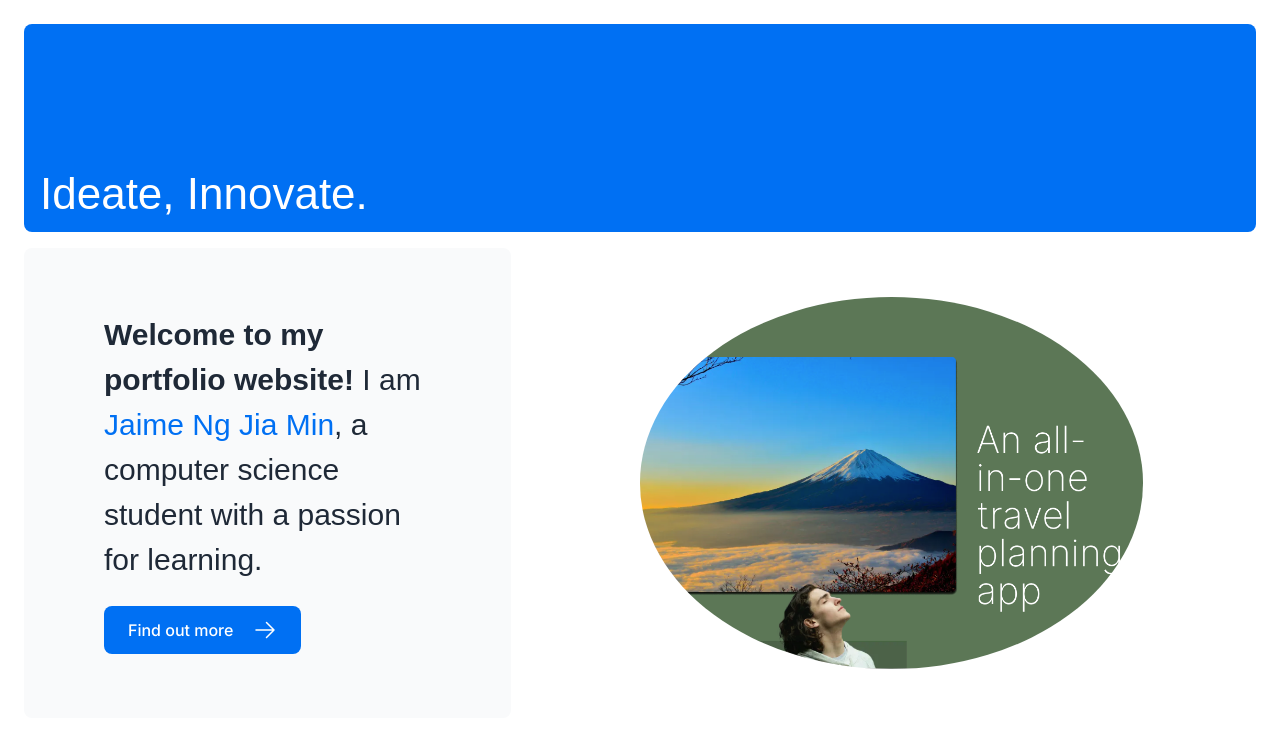
Repository: ThatGirlJam/jaime-portfolio
Page: /
The author's editor kept a copy of each file at every save. The page is drawn from the files as they stood at one save, then again after the next save.
The browser window is 1280 px wide. The pictures show the whole page.
Some web fonts or font styles are not loaded; a fallback is used. The project was rebuilt for these pictures with package versions that can differ from the ones it lists, and the page was loaded fresh each time. The framework's server and built-in components were replaced by stand-ins that run in the browser. Also part of the build but not shown: next.config.js.

Above is the page before, as saved 2024-04-09 21:18:47.

### app/page.tsx
import AcmeLogo from '@/app/ui/acme-logo';
import { ArrowRightIcon } from '@heroicons/react/24/outline';
import Link from 'next/link';
import { lusitana } from '@/app/ui/fonts';
import Image from 'next/image';

export default function Page() {
  const imageStyle = {
    borderRadius: '50%',
    border: '1px solid #fff',
  };

  return (
    <main className="flex min-h-screen flex-col p-6">
      <div className="flex h-20 shrink-0 items-end rounded-lg bg-blue-500 p-4 md:h-52">
        <AcmeLogo />
      </div>
      <div className="mt-4 flex grow flex-col gap-4 md:flex-row">
        <div className="flex flex-col justify-center gap-6 rounded-lg bg-gray-50 px-6 py-10 md:w-2/5 md:px-20">
          <p
            className={`${lusitana.className} text-xl text-gray-800 md:text-3xl md:leading-normal`}
          >
            <strong>Welcome to my portfolio website!</strong> I am{' '}
            <a
              href="https://www.linkedin.com/in/jaime-ng-jm"
              target="_blank"
              className="text-blue-500"
            >
              Jaime Ng Jia Min
            </a>
            , a computer science student with a passion for learning.
          </p>
          <Link
            href="/dashboard"
            className="flex items-center gap-5 self-start rounded-lg bg-blue-500 px-6 py-3 text-sm font-medium text-white transition-colors hover:bg-blue-400 md:text-base"
          >
            <span>Find out more</span> <ArrowRightIcon className="w-5 md:w-6" />
          </Link>
        </div>
        <div className="flex items-center justify-center p-6 md:w-3/5 md:px-28 md:py-12">
          {/* Add Hero Images Here */}
          <Image
            src="/hero-desktop-roamio.png"
            width={961}
            height={710}
            className="hidden md:block"
            style={imageStyle}
            alt="Screenshots of the dashboard project showing desktop version"
          />
          <Image
            src="/hero-mobile.png"
            width={560}
            height={620}
            className="block md:hidden"
            alt="Screenshots of the dashboard project showing mobile version"
          />
        </div>
      </div>
    </main>
  );
}

### app/ui/fonts.ts
import { Inter } from 'next/font/google';
import { Lusitana } from 'next/font/google';

export const inter = Inter({ subsets: ['latin'] });

export const lusitana = Lusitana({
  weight: ['400', '700'],
  subsets: ['latin'],
});

### app/ui/acme-logo.tsx
import { lusitana } from '@/app/ui/fonts';

export default function AcmeLogo() {
  return (
    <div
      className={`${lusitana.className} flex flex-row items-center leading-none text-white`}
    >
      <p className="text-[44px]">Ideate, Innovate.</p>
    </div>
  );
}

Loaded but not shown: app/layout.tsx (common file); app/ui/global.css (common file); tailwind.config.ts (common file)

After the next save:
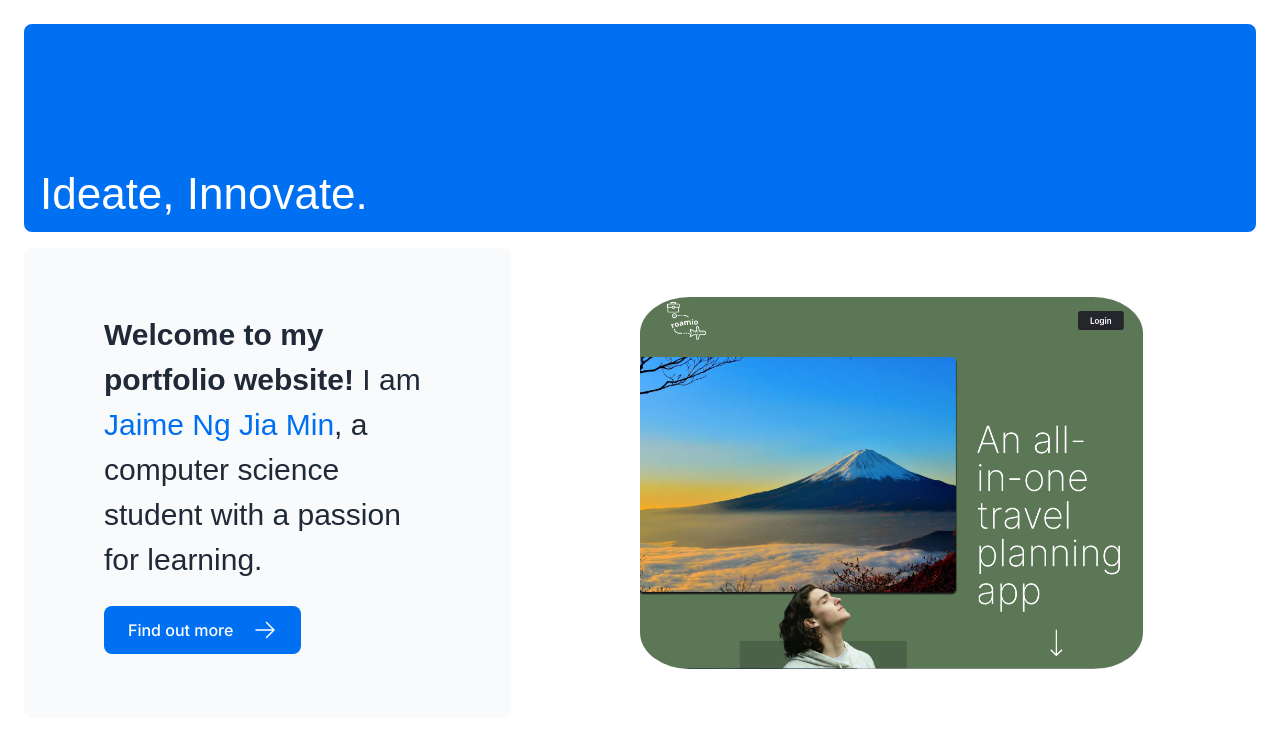
Saved 6 s later.
--- a/app/page.tsx
+++ b/app/page.tsx
@@ -6,7 +6,7 @@ import Image from 'next/image';
 
 export default function Page() {
   const imageStyle = {
-    borderRadius: '50%',
+    borderRadius: '10%',
     border: '1px solid #fff',
   };
 
